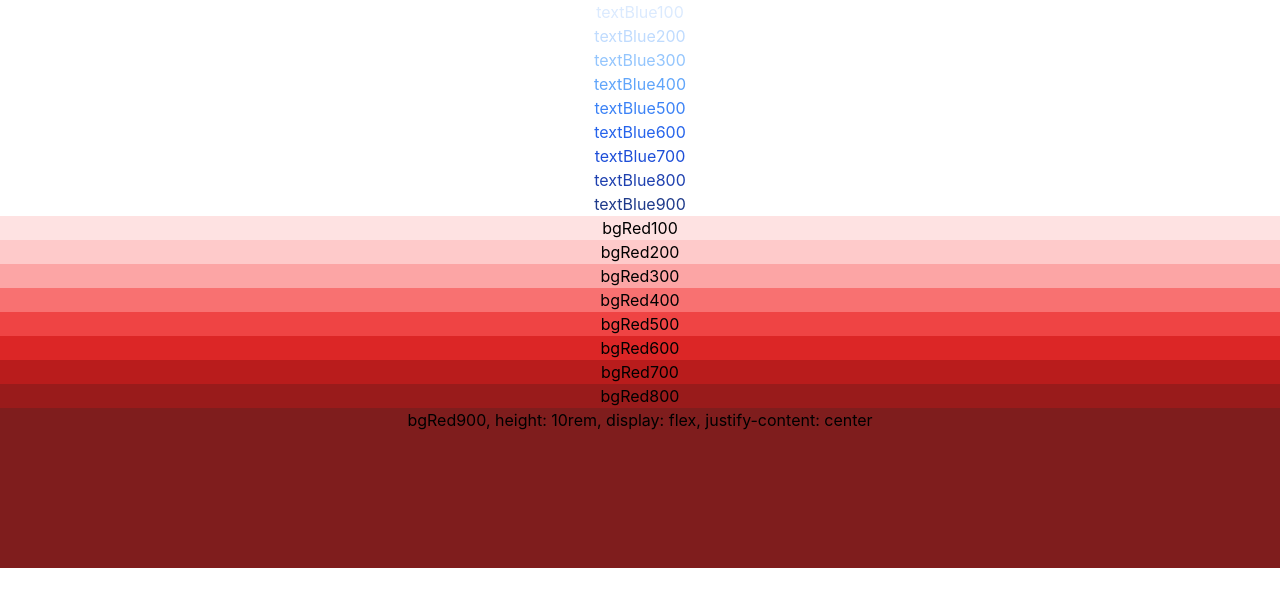
Repository: wogml3270/react-test-server
Page: /
These files come from the project's save history. The page is drawn as it stood at one moment and after the next save; the edit follows.
The browser window is 1280 px wide. The pictures show the whole page.
The project was rebuilt for these pictures with package versions that can differ from the ones it lists, and the page was loaded fresh each time. Also part of the build but not shown: src/App.css.

Above is the page before, as saved 2022-08-04 20:33:57.

After the next save:
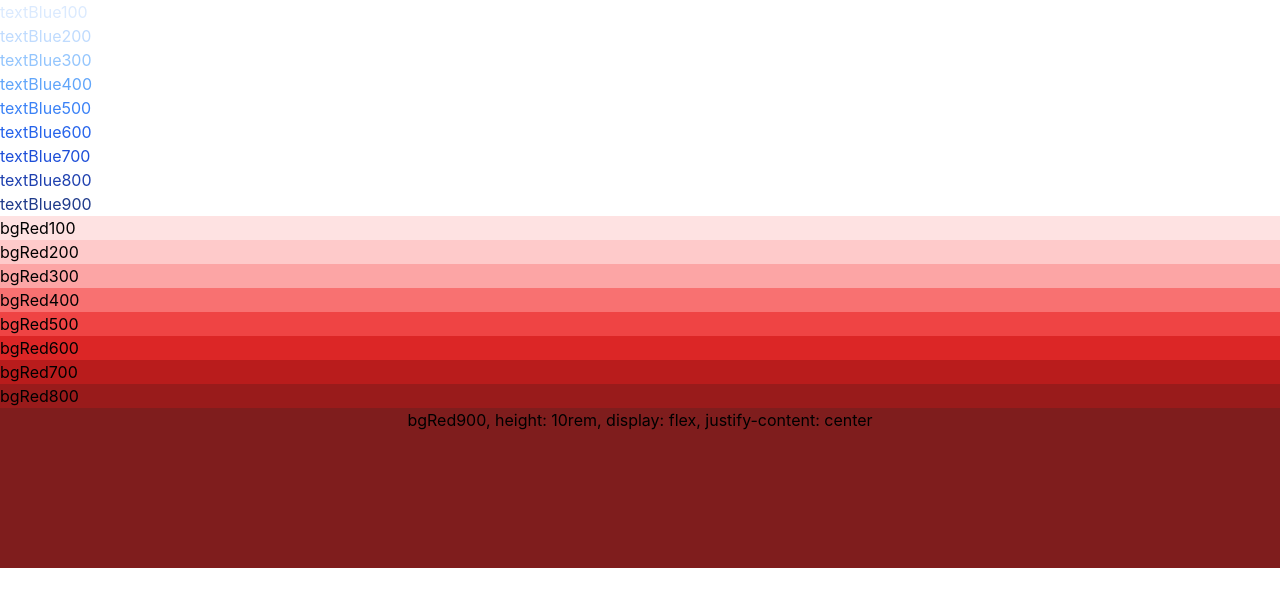
Saved 13 s later.
--- a/src/App.js
+++ b/src/App.js
@@ -4,7 +4,7 @@ import './App.css';
 function App() {
   return (
     <>
-      <div className="text-center">
+      <div className="">
         <h1 className="text-blue-100">textBlue100</h1>
         <h1 className="text-blue-200">textBlue200</h1>
         <h1 className="text-blue-300">textBlue300</h1>
